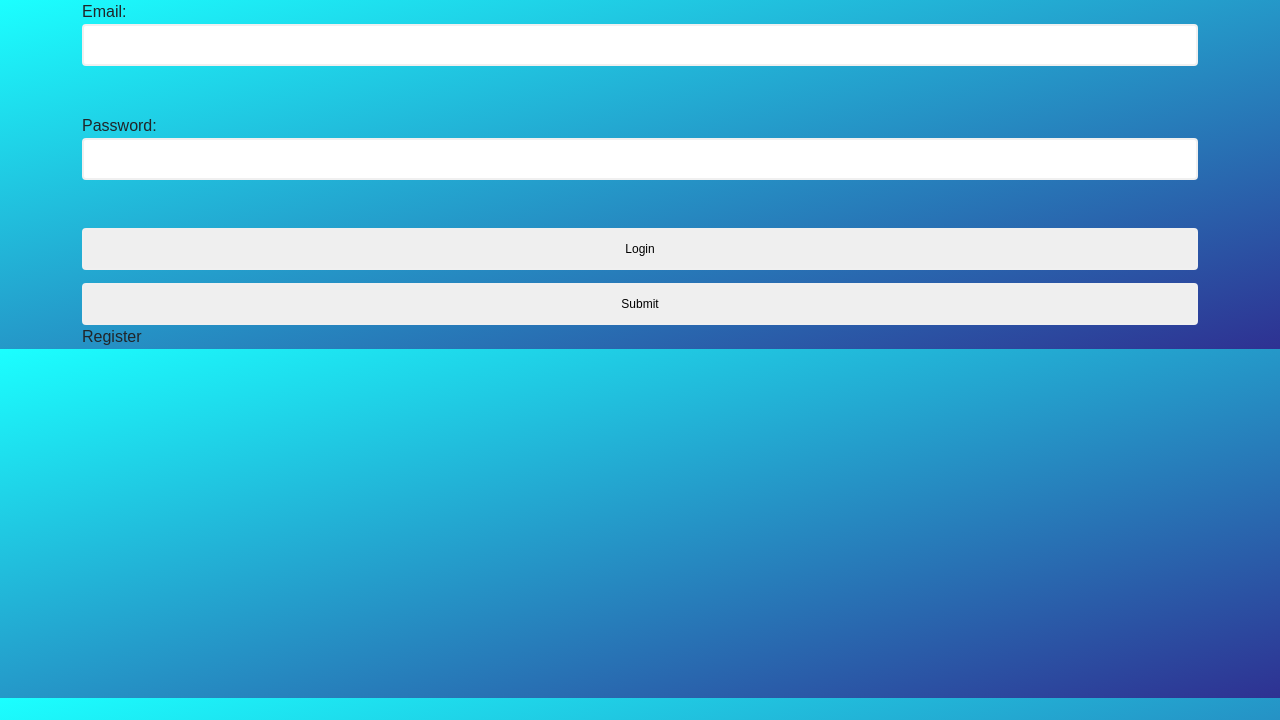
Repository: MD-1107/ISS_Assignment
Page: http://localhost/DemoRegisterLogin/login.jsp
The author's editor kept a copy of each file at every save. The page is drawn from the files as they stood at one save, then again after the next save.
The browser window is 1280 px wide. The pictures show the whole page.
The page is served by Tomcat 9.

Above is the page before, as saved 2024-01-03 12:23:02.
Console error: TypeError: Cannot read properties of undefined (reading 'name')

After the next save:
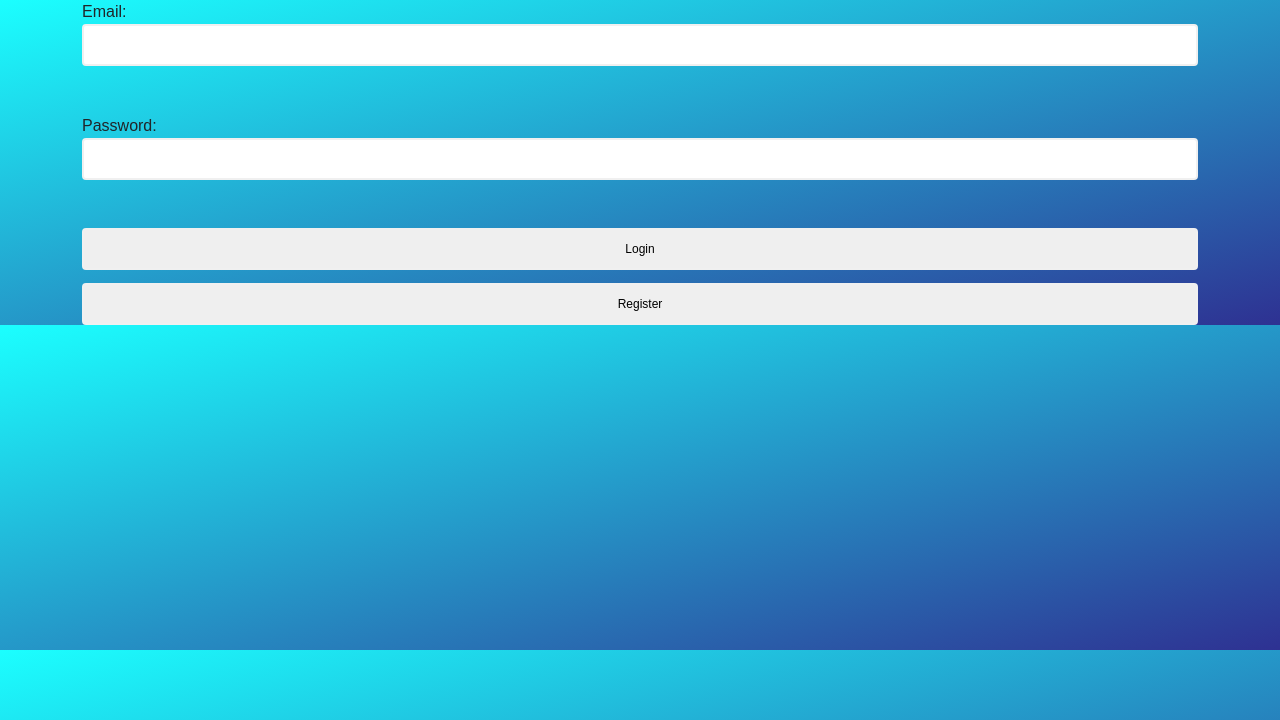
Saved 59 s later.
--- a/INTEGRATING CLIENT SIDE PROGRAMMING/DemoRegisterLogin/src/main/webapp/login.jsp
+++ b/INTEGRATING CLIENT SIDE PROGRAMMING/DemoRegisterLogin/src/main/webapp/login.jsp
@@ -22,7 +22,7 @@
 </form>
 <form action="Register" method="get">
        <div class="input-control">
-        <input type="submit">Register</button>
+        <input type="submit" value="Register">
         </div>
 </form>
 </div>
